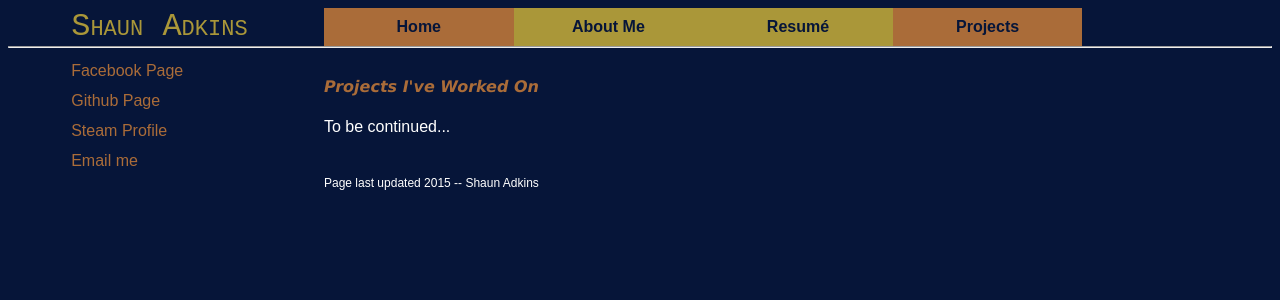
Repository: adkinsrs/sadkins_site
Page: html/projects.html
The author's editor kept a record of every edit. The page is drawn from the files as they stood at one moment, then again after the next edit.
The browser window is 1280 px wide. The pictures show the whole page.

Above is the page before.

### html/projects.html
<!DOCTYPE html>

<!--
Resume Page
-->
<html lang="en">
    <head>
        <meta charset="utf-8" />
        <meta name="viewport" content="width=device-width">
        <title>Resume</title>
        <link rel="stylesheet" href="../css/main.css" type="text/css"/>
    </head>

    <body>
        <nav>
            <a class="site_name" href="/">Shaun Adkins</a>
            <ul>
                <li class="navmenu"><a class="current" href="./home.html">Home</a></li>
                <li class="navmenu"><a class="otherpage" href="./about.html">About Me</a></li>
                <li class="navmenu"><a class="otherpage" href="./resume.html">Resum&#233;</a></li>
                <li class="navmenu"><a class="current" href="./projects.html">Projects</a></li>
            </ul>
        <nav>
        <hr>

        <aside>
            <ul>
                <li><a class="links" href="https://www.facebook.com/adkinsrs">Facebook Page</a></li>
                <li><a class="links" href="https://github.com/adkinsrs">Github Page</a></li>
                <li><a class="links" href="http://steamcommunity.com/id/MeNoSeeGood">Steam Profile</a></li>
                <li><a class="links" href="mailto:shaun.adkins@gmail.com?Subject=SAdkins%20Website">Email me</a></li>
            </ul>
        </aside>

        <section>
            <h1>Projects I've Worked On</h1>

            <p>To be continued...</p>
        </section>

        <footer>
            <p>Page last updated 2015 -- Shaun Adkins</p>
        </footer>
    </body>
</html>

### css/main.css
body {
    background-color: #061539;
    color: #FFFFFF;
    font-family: Arial, Helvetica, sans-serif;
}

/* To support HTML5 elements in Internet Explorer 8 */
header, section, footer, aside, nav, main, article, figure {
    display: block;
}

h1, h3 {
    font-family:"Lucida Sans Unicode", "Lucida Grande", sans-serif;
    color: #AA6C39;
    font-style: italic;
}

hr {
    clear: both;
}

nav {
    text-align: left;
}

ul {
    list-style-type: none;
    margin:0;
    padding: 0;
}

ol {
    padding-left: 20px;
}

img {
    display: block;
    width: 50%;
}

footer {
    width: 50%;
    margin-left: 25%;
    clear: both;
    text-align: left;
}

.navmenu {
    text-align: center;
	font-family: Arial, Helvetica, sans-serif;
    font-weight: bold;
}

/* <a> menu links */
.current, .otherpage {
    display: block;
    text-decoration: none;
    color: #061539;
}

.current, .current:visited {
    background-color: #AA6C39;
}

.otherpage, .otherpage:visited {
    background-color: #AA9739;
}

.current:hover,.otherpage:hover, .links:hover {
    color: #FFFFFF;
}

.links {
    text-decoration: none;
    color: #AA6C39;
}

.site_name {
    text-decoration: none;
    color: #AA9739;
    font-size: 2em;
    font-family: "Courier New", Courier, monospace;
    font-variant: small-caps;
}

.normal_list {
    list-style-type: disc;
    padding-left:10px;
}

/* tablet size screens */
@media screen and (max-width: 720px){
    .navmenu {
        width: 100%;
    }

    .site_name {
        display: block;
        width: 100%;
        text-align: center;
        clear: both;
        line-height: 30px;
    }

    aside {
        width: 100%;
        text-align: center;
        margin: auto;
        float: none;
    }

    section {
        margin-left: 16%;
        margin-right: 16%;
        width: 68%;
        text-align: justify;
    }

    footer {
        font-size: 0.5em;
    }

    h1 {
        text-align: center;
    }

    img {
        width: 75%;
    }

    img {
        margin: auto;
    }
}


/* large size screens */
@media screen and (min-width: 721px){

    aside {
        float: left;
        text-align: left;
        line-height: 30px;
        width: 20%;
        margin-left: 5%;
    }

    section {
        width: 50%;
        float: left;
        text-align: left;
    }

    footer {
        font-size: 0.75em;
    }

    .navmenu {
        float: left;
        width: 15%;
        clear: right;
    }

    /* <a> menu links */
    .current, .otherpage {
        padding: 10px;
    }

    .site_name {
        width: 20%;
        margin-left: 5%;
        float: left;
    }

}

After the next edit:
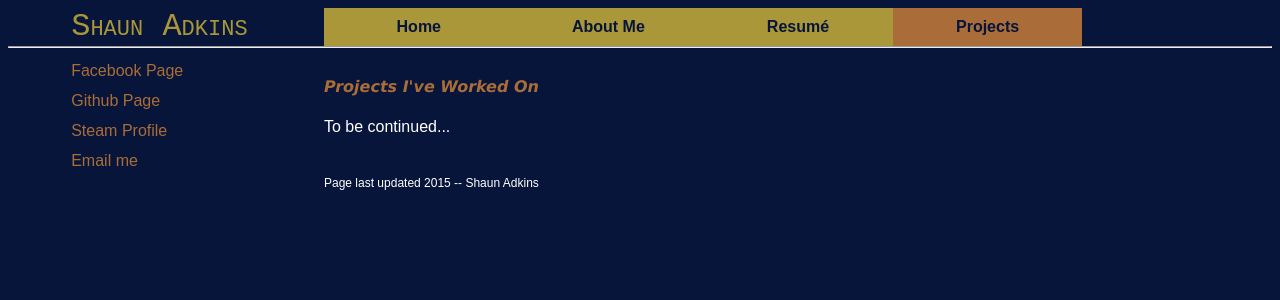
The edit:
--- a/html/projects.html
+++ b/html/projects.html
@@ -15,7 +15,7 @@
         <nav>
             <a class="site_name" href="/">Shaun Adkins</a>
             <ul>
-                <li class="navmenu"><a class="current" href="./home.html">Home</a></li>
+                <li class="navmenu"><a class="otherpage" href="./home.html">Home</a></li>
                 <li class="navmenu"><a class="otherpage" href="./about.html">About Me</a></li>
                 <li class="navmenu"><a class="otherpage" href="./resume.html">Resum&#233;</a></li>
                 <li class="navmenu"><a class="current" href="./projects.html">Projects</a></li>
